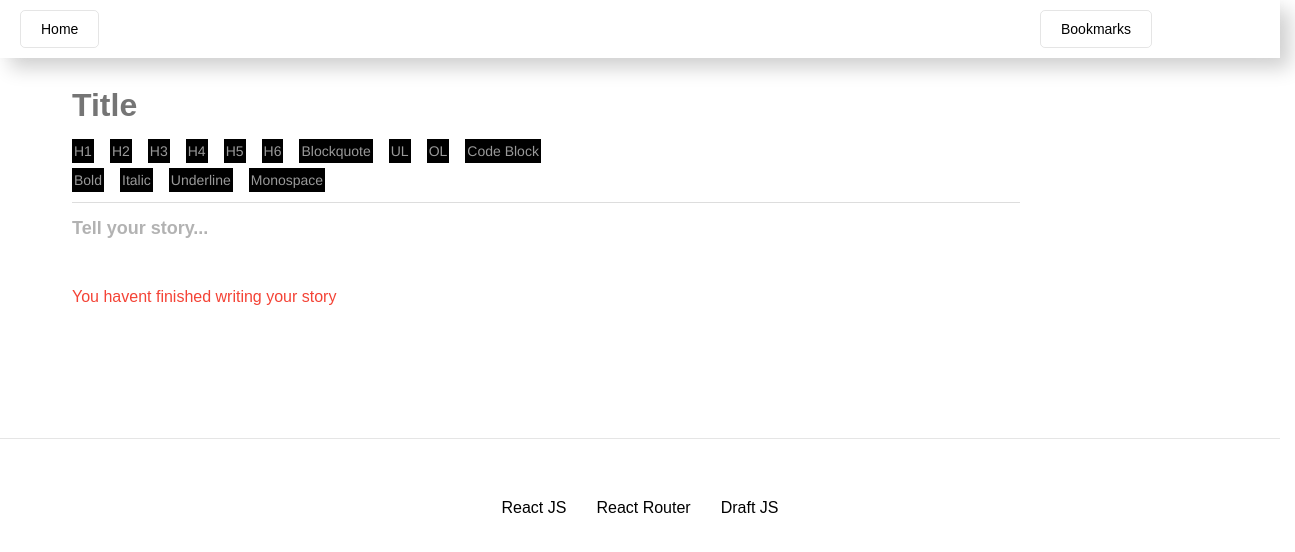
Repository: DevLaukey/task
Page: /react-mini-blog/new
An editor plug-in stored every save of this project. The page is shown before and after the next save, followed by the edit.
The browser window is 1280 px wide. The page is 1280 px wide, then 1295 px, so the pictures cover 1295 px, including what lies to the right of the window. The pictures show the whole page.
The project was rebuilt for these pictures with package versions that can differ from the ones it lists, and the page was loaded fresh each time. Also part of the build but not shown: src/data.js, src/helper.js, src/Components/content/content.css, src/Components/content/Bookmarks.js, src/Components/content/Post.js, src/Components/content/Posts.js, src/Components/content/Content.js, src/Components/content/Bookmark.js and 1 more.

Above is the page before, as saved 2022-06-13 14:36:44.

After the next save:
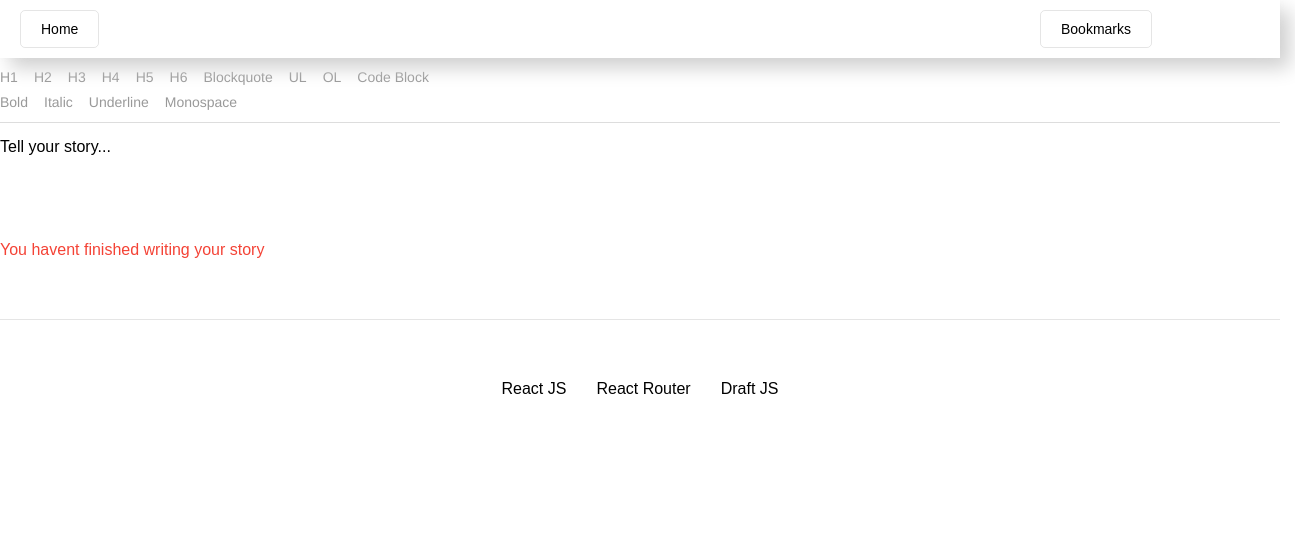
Saved 5 min 25 s later.
--- a/src/Components/posts/posts.css
+++ b/src/Components/posts/posts.css
@@ -118,38 +118,69 @@
   outline: none;
 }
 
-.richtext-editor {
-  width: calc(100% / 1.35);
-  margin: 10vh;
+.RichEditor-root {
+  background: #fff;
+  border: 1px solid #ddd;
+  font-family: 'Georgia', serif;
+  font-size: 14px;
+  padding: 15px;
+}
+
+.RichEditor-editor {
+  border-top: 1px solid #ddd;
+  cursor: text;
+  font-size: 16px;
+  margin-top: 10px;
+}
+
+.RichEditor-editor .public-DraftEditorPlaceholder-root,
+.RichEditor-editor .public-DraftEditor-content {
+  margin: 0 -15px -15px;
+  padding: 15px;
+}
+
+.RichEditor-editor .public-DraftEditor-content {
+  min-height: 100px;
+}
+
+.RichEditor-hidePlaceholder .public-DraftEditorPlaceholder-root {
+  display: none;
+}
+
+.RichEditor-editor .RichEditor-blockquote {
+  border-left: 5px solid #eee;
+  color: #666;
+  font-family: 'Hoefler Text', 'Georgia', serif;
+  font-style: italic;
+  margin: 16px 0;
+  padding: 10px 20px;
+}
+
+.RichEditor-editor .public-DraftStyleDefault-pre {
+  background-color: rgba(0, 0, 0, 0.05);
+  font-family: 'Inconsolata', 'Menlo', 'Consolas', monospace;
+  font-size: 16px;
+  padding: 20px;
+}
+
+.RichEditor-controls {
+  font-family: 'Helvetica', sans-serif;
+  font-size: 14px;
+  margin-bottom: 5px;
+  user-select: none;
 }
 
 .RichEditor-styleButton {
-  background-color: #000;
-  color: #fff;
-  padding: 2px 5px;
-  margin: 0;
-  margin-right: 10px;
-  border: 2px solid transparent;
+  color: #999;
+  cursor: pointer;
+  margin-right: 16px;
+  padding: 2px 0;
+  display: inline-block;
 }
 
 .RichEditor-activeButton {
-  border-color: #000;
-  color: #000;
-  background-color: transparent;
+  color: #5890ff;
 }
-
-.public-DraftEditorPlaceholder-root {
-  padding: 0;
-  position: absolute;
-  color: rgba(0, 0, 0, 0.3);
-  font-weight: 700;
-  font-size: 18px;
-}
-
-.public-DraftEditorPlaceholder-inner {
-  font-size: 18px;
-}
-
 .msg-success {
   color: #4caf50;
 }
